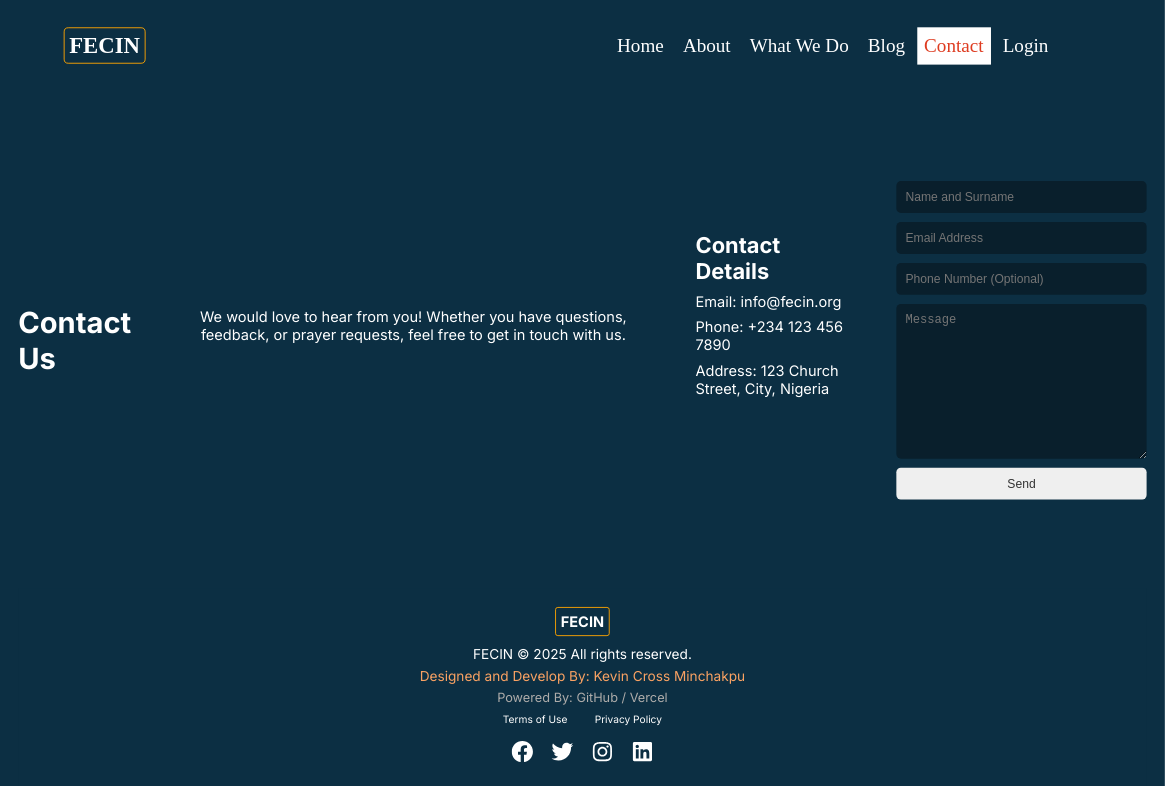
Repository: KCMinchakpu/fecin-projectgs497
Page: /contact
These files come from the project's save history. The page is drawn as it stood at one moment and after the next save; the edit follows.
The browser window is 1280 px wide. The pictures show the whole page, at 91% of full size.
The page's requests for data from a server got no answer. The project was rebuilt for these pictures with package versions that can differ from the ones it lists, and the page was loaded fresh each time. The framework's server and built-in components were replaced by stand-ins that run in the browser. No one was signed in, and anything a server would have sent is missing. Also part of the build but not shown: next.config.mjs.

Above is the page before, as saved 2025-04-12 12:57:58.

After the next save:
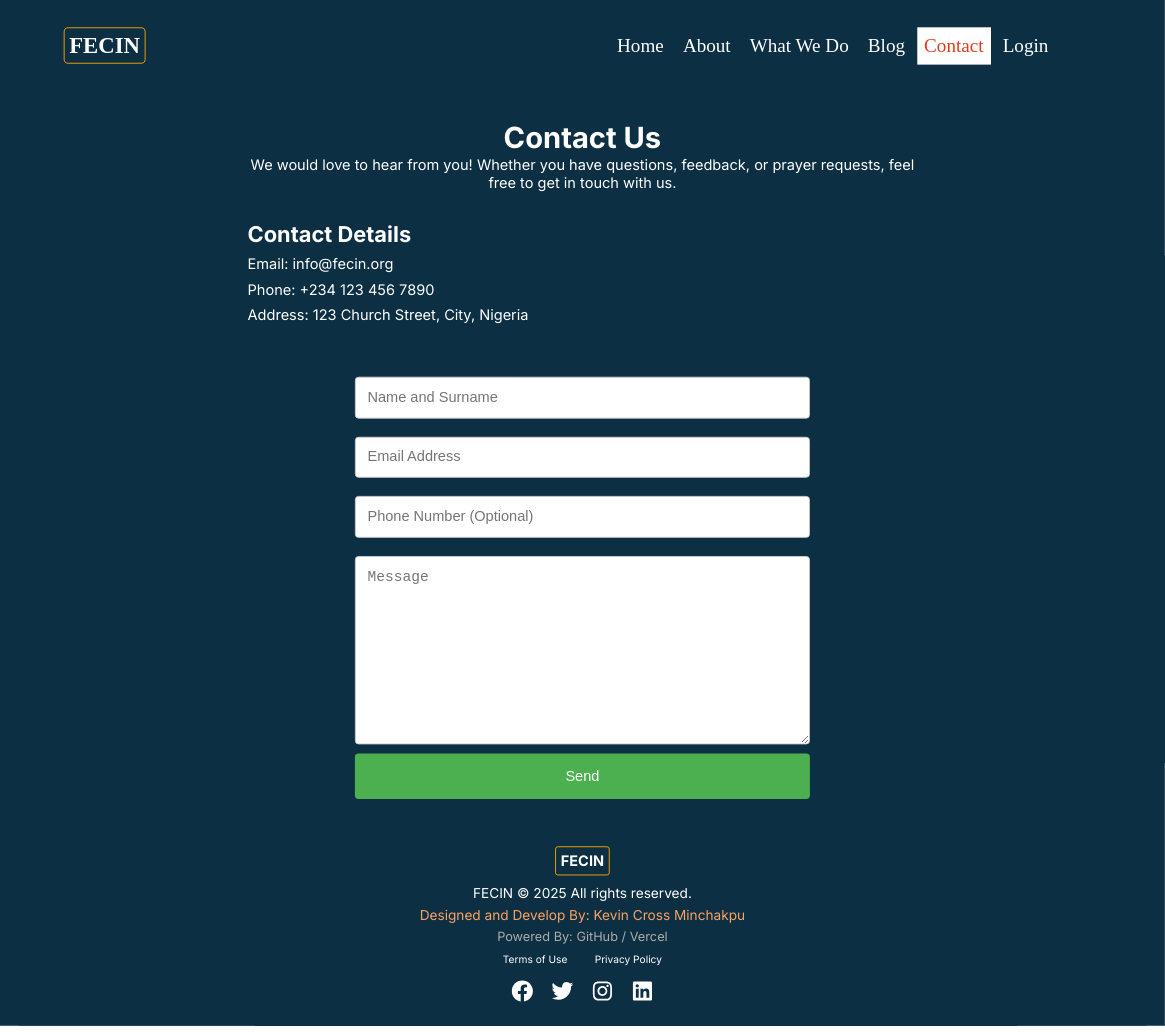
Saved 54 s later.
--- a/src/app/contact/contact.module.css
+++ b/src/app/contact/contact.module.css
@@ -1,71 +1,69 @@
+/* contact.module.css */
+
 .container {
-    display: flex;
-    align-items: center;
-    gap: 50px;
-  }
+  padding: 2rem;
+  max-width: 800px;
+  margin: 0 auto;
+}
 
-  .imgContainer {
-    flex: 1;
-    height: 500px;
-    position: relative;
-  }
+.heading {
+  font-size: 2rem;
+  text-align: center;
+}
 
-  .img {
-    object-fit: contain;
-  }
+.description {
+  text-align: center;
+  margin-bottom: 2rem;
+}
 
-  .formContainer {
-    flex: 1;
-  }
+.contactDetails {
+  margin-bottom: 3rem;
+}
 
-  .form {
-    display: flex;
-    flex-direction: column;
-    gap: 10px;
-  }
+.contactDetails h2 {
+  font-size: 1.5rem;
+}
 
-  .form input,
-  .form textarea {
-    padding: 10px;
-    border-radius: 5px;
-    border: none;
-    outline: none;
-    background-color: var(--bgSoft);
-    color: var(--text);
-  }
+.contactDetails p {
+  font-size: 1rem;
+  margin: 0.5rem 0;
+}
 
-  .form button {
-    padding: 10px;
-    color: #333;
-    border: none;
-    border-radius: 5px;
-    cursor: pointer;
-  }
+.formContainer {
+  display: flex;
+  justify-content: center;
+}
 
-  .form button:hover {
-    background-color: #046a81;
-  }
+.form {
+  width: 100%;
+  max-width: 500px;
+  display: flex;
+  flex-direction: column;
+}
 
-  @media (min-width: 480px) {
-    .Container {
-      flex-direction: column;
-    }
-  }
+.input, .textarea {
+  margin: 10px 0;
+  padding: 0.8rem;
+  font-size: 1rem;
+  border: 1px solid #ccc;
+  border-radius: 4px;
+}
 
-  .description {
-    text-align: center;
-    margin-bottom: 2rem;
-  }
+.textarea {
+  resize: vertical;
+}
 
-  .contactDetails {
-    margin-bottom: 3rem;
-  }
+.button {
+  background-color: #4CAF50;
+  color: white;
+  padding: 1rem;
+  font-size: 1rem;
+  border: none;
+  border-radius: 4px;
+  cursor: pointer;
+  transition: background-color 0.3s;
+}
 
-  .contactDetails h2 {
-    font-size: 1.5rem;
-  }
-
-  .contactDetails p {
-    font-size: 1rem;
-    margin: 0.5rem 0;
-  }
+.button:hover {
+  background-color: #45a049;
+}
